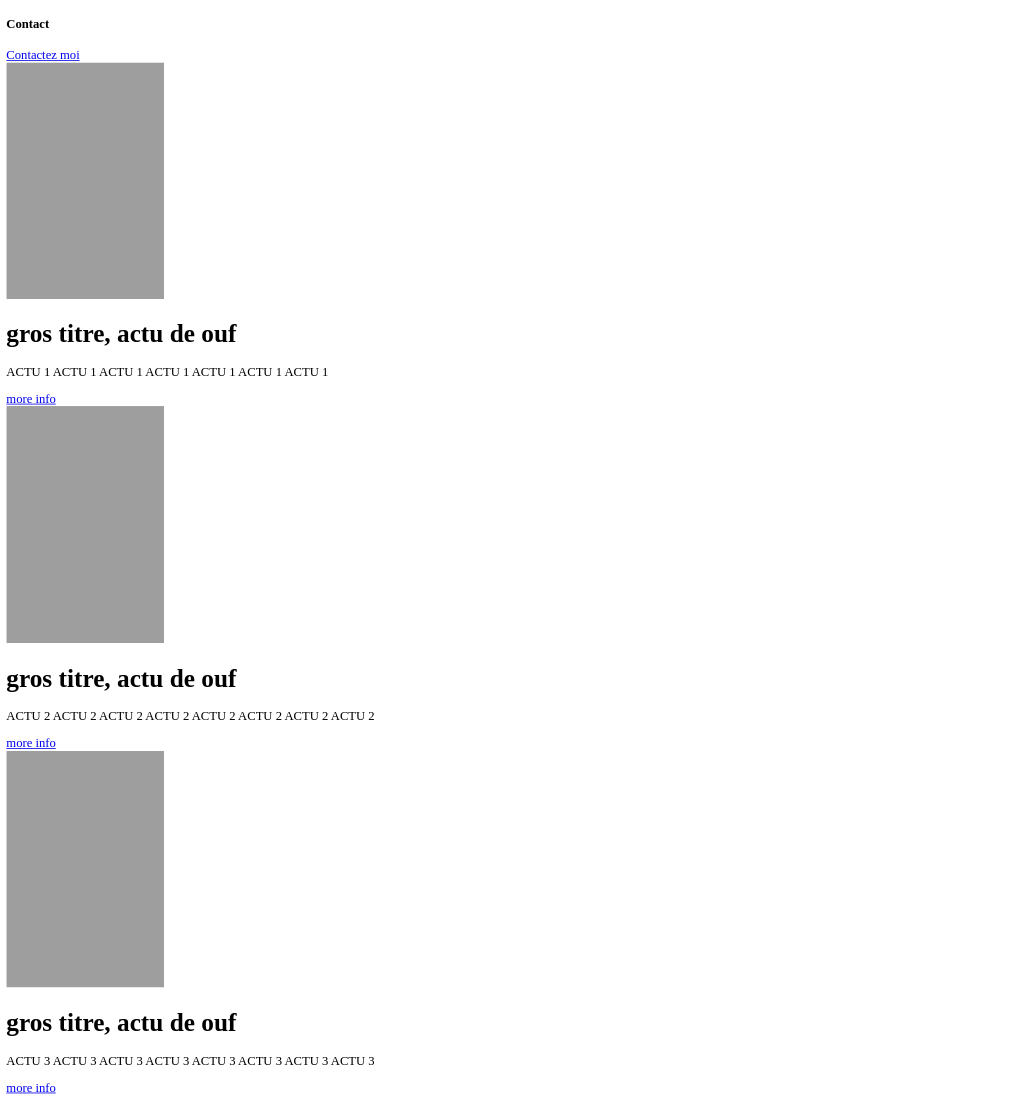
Repository: Mini-T/git-course
Page: index.html
These files come from the project's save history. The page is drawn as it stood at one moment and after a run of saves; the edit follows.
The browser window is 1280 px wide. The pictures show the whole page, at 79% of full size.
Pictures or frames that could not be fetched are drawn as grey boxes.

Above is the page before, as saved 2022-09-26 15:37:41.

### index.html
<!DOCTYPE html>
<html>
    <head>
        <title>Accueil</title>
    </head>
    <body>
        <h4>Contact</h4>
        <a href="contact.html">Contactez moi</a>
        <div>
            <div>
                <img src="https://picsum.photos/200/300?random=1" />
                <div>
                  <h1>gros titre, actu de ouf</h1>
                  <p>ACTU 1 ACTU 1 ACTU 1 ACTU 1 ACTU 1 ACTU 1 ACTU 1</p>
                  <a href="./single-actualite_1.html">more info</a>
                </div>
              </div>
              <div>
                <img src="https://picsum.photos/200/300?random=2" alt="actu" />
                <div>
                  <h1>gros titre, actu de ouf</h1>
                  <p>ACTU 2 ACTU 2 ACTU 2 ACTU 2 ACTU 2 ACTU 2 ACTU 2 ACTU 2</p>
                  <a href="./single-actualite_2.html">more info</a>
                </div>
              </div>
              <div>
                <img src="https://picsum.photos/200/300?random=3" alt="actu" />
                <div>
                  <h1>gros titre, actu de ouf</h1>
                  <p>ACTU 3 ACTU 3 ACTU 3 ACTU 3 ACTU 3 ACTU 3 ACTU 3 ACTU 3</p>
                  <a href="./single-actualite_3.html">more info</a>
                </div>
              </div>
        </div>



    </body>

</html>

After the next 5 saves:
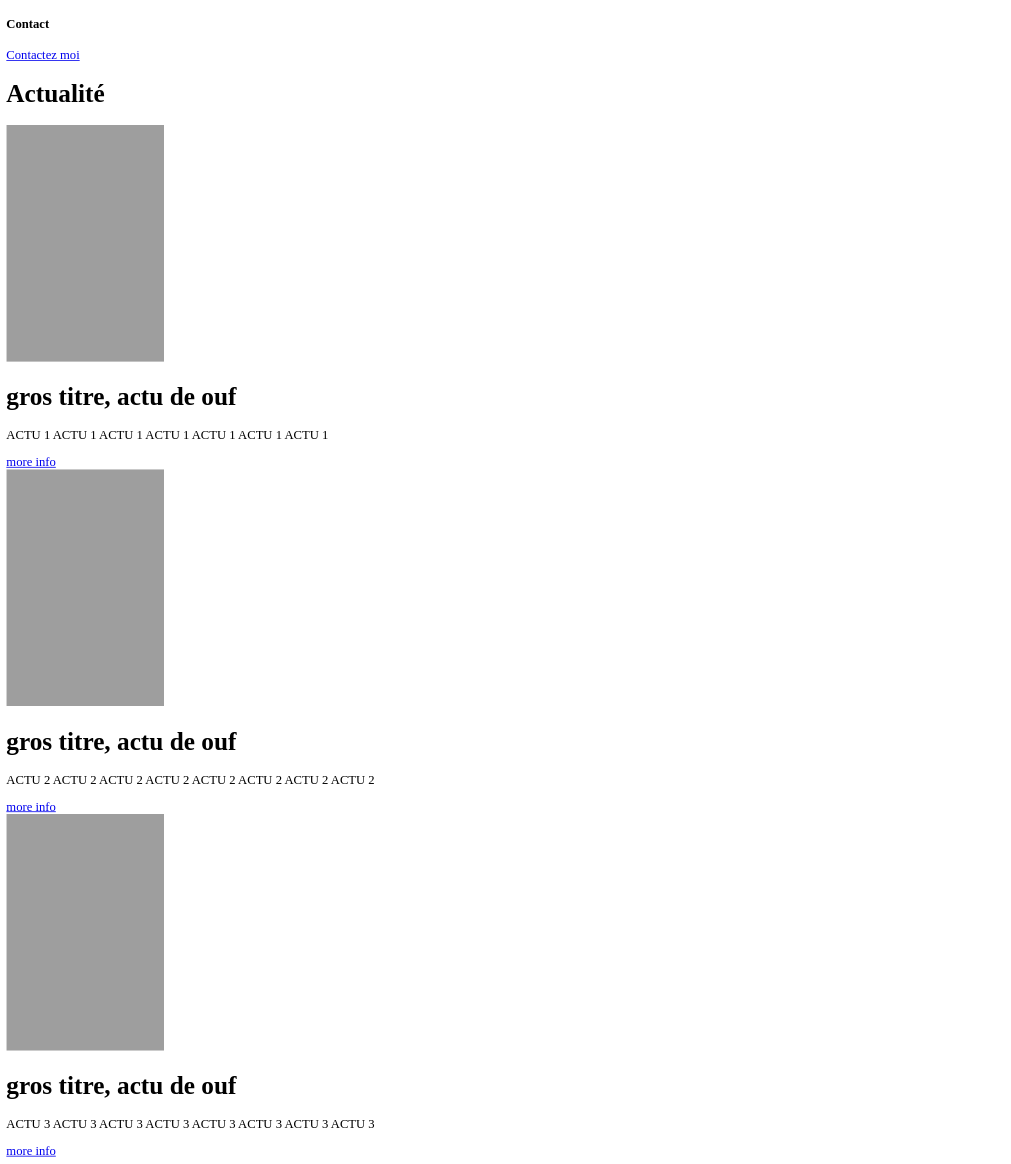
The 5 saves are shown as one change because they came seconds apart.
The last was saved 16 s later.
--- a/index.html
+++ b/index.html
@@ -7,6 +7,7 @@
         <h4>Contact</h4>
         <a href="contact.html">Contactez moi</a>
         <div>
+            <h1>Actualité</h1>
             <div>
                 <img src="https://picsum.photos/200/300?random=1" />
                 <div>
